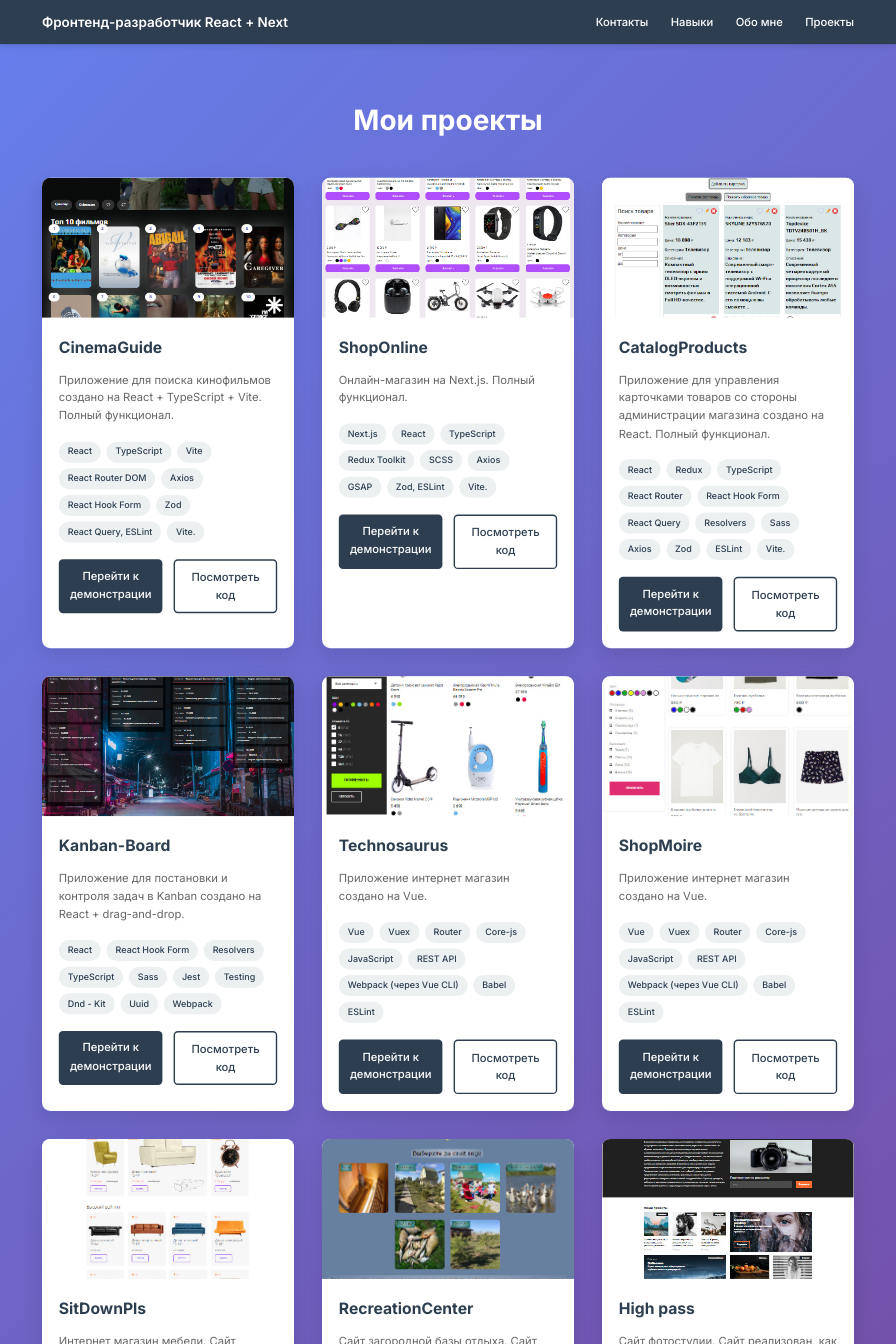
Repository: RostislavZeberg/resume-app
Page: /
The author's editor kept a copy of each file at every save. The page is drawn from the files as they stood at one save, then again after the next save.
The browser window is 1280 px wide. The pictures show the part of the page from y = 0 to 1920 px (the page is 4977 px tall before and 4377 px after), at 70% of full size.
The project was rebuilt for these pictures with package versions that can differ from the ones it lists, and the page was loaded fresh each time. The framework's server and built-in components were replaced by stand-ins that run in the browser. Also part of the build but not shown: next.config.ts.

Above is the page before, as saved 2025-09-18 21:02:28.

After the next save:
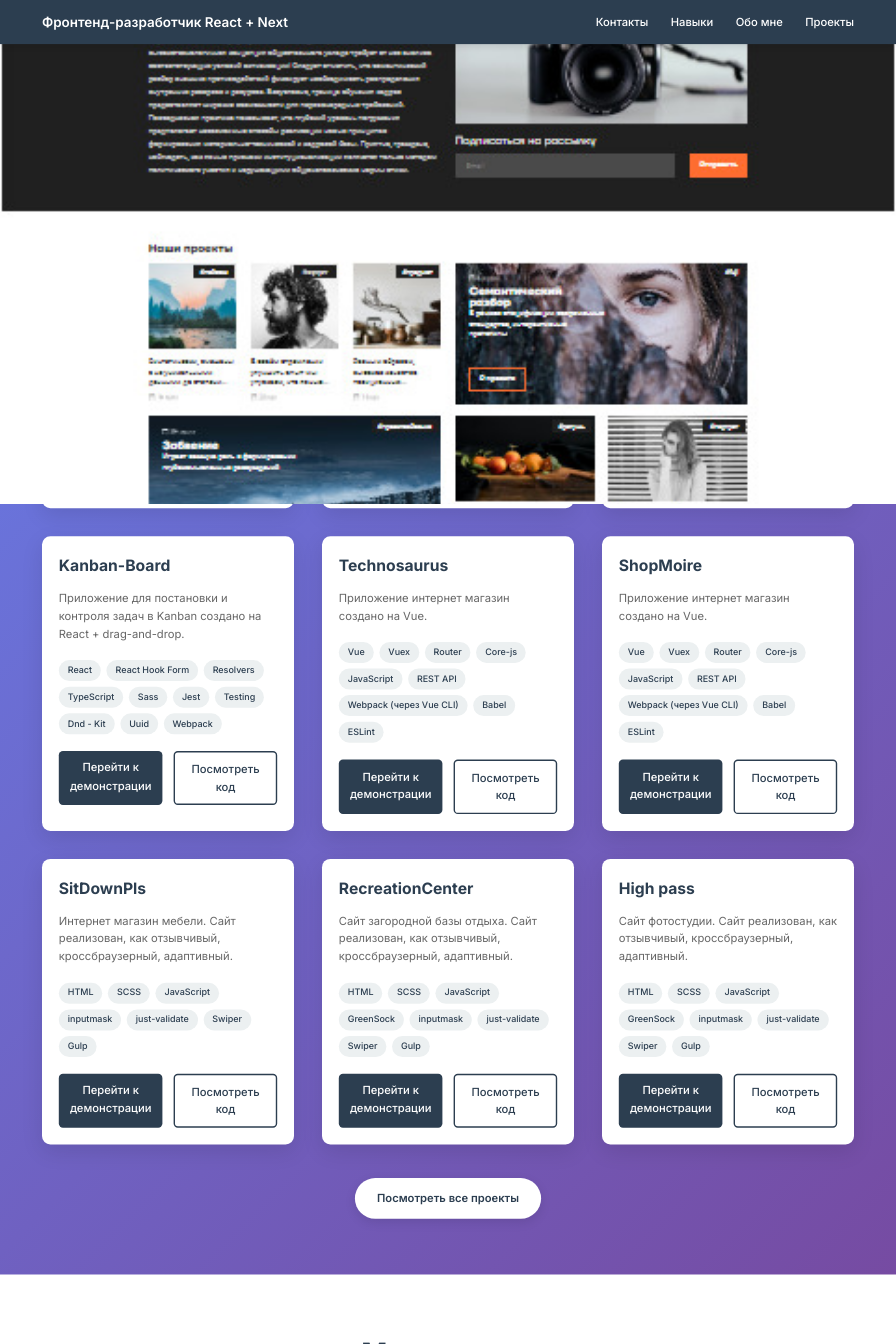
Saved 26 s later.
--- a/components/UI/ProjectCard.tsx
+++ b/components/UI/ProjectCard.tsx
@@ -17,7 +17,6 @@ interface ProjectCardProps {
 const ProjectCard: React.FC<ProjectCardProps> = ({ project }) => {
   return (
     <div className={styles.projectCard}>
-      <div className={styles.projectImage}>
         <Image
           src={`/${project.name.toLowerCase()}.jpg`}
           alt={project.name}
@@ -25,9 +24,10 @@ const ProjectCard: React.FC<ProjectCardProps> = ({ project }) => {
           style={{ objectFit: 'cover' }}
           sizes="(max-width: 768px) 100vw, (max-width: 1200px) 50vw, 33vw"
         />
-        {/* <a href={project.demoLink} target="_blank" rel="noopener noreferrer">
-        </a> */}
-      </div>
+      {/* <div className={styles.projectImage}>
+        <a href={project.demoLink} target="_blank" rel="noopener noreferrer">
+        </a>
+      </div> */}
       <div className={styles.projectContent}>
         <h3>{project.name}</h3>
         <p>{project.description}</p>
